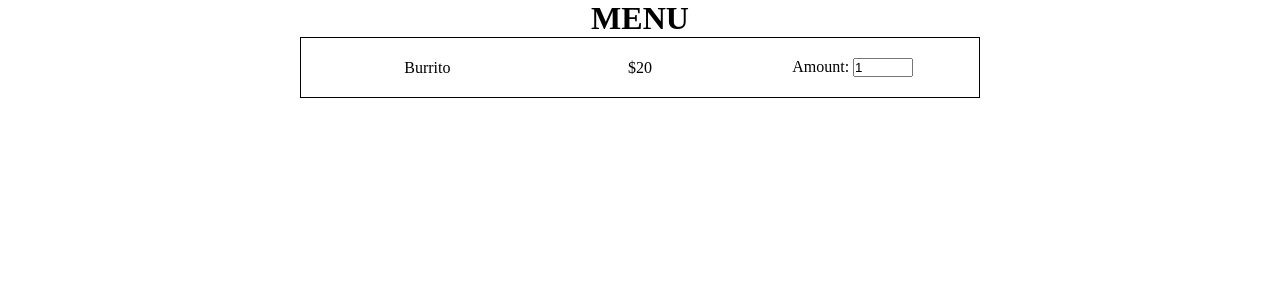
Repository: LamQuocPhu/JungTalent
Page: http://localhost/
These files come from the project's save history. The page is drawn as it stood at one moment and after a run of saves; the edit follows.
The browser window is 1280 px wide. The pictures show the whole page.
The page is served by the project's Node server (index.js).

Above is the page before, as saved 2023-10-25 22:58:31.

After the next 2 saves:
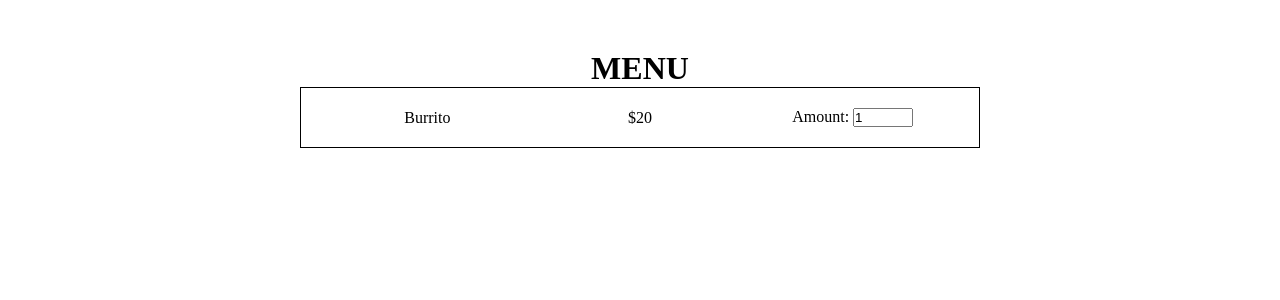
The 2 saves are shown as one change because they came seconds apart.
The last was saved 7 s later.
--- a/public/css/style.css
+++ b/public/css/style.css
@@ -5,7 +5,7 @@
 }
 
 .wrapper {
-    mar
+    margin-block: 50px;
     width: 100%;
     height: auto;
     text-align: center;
